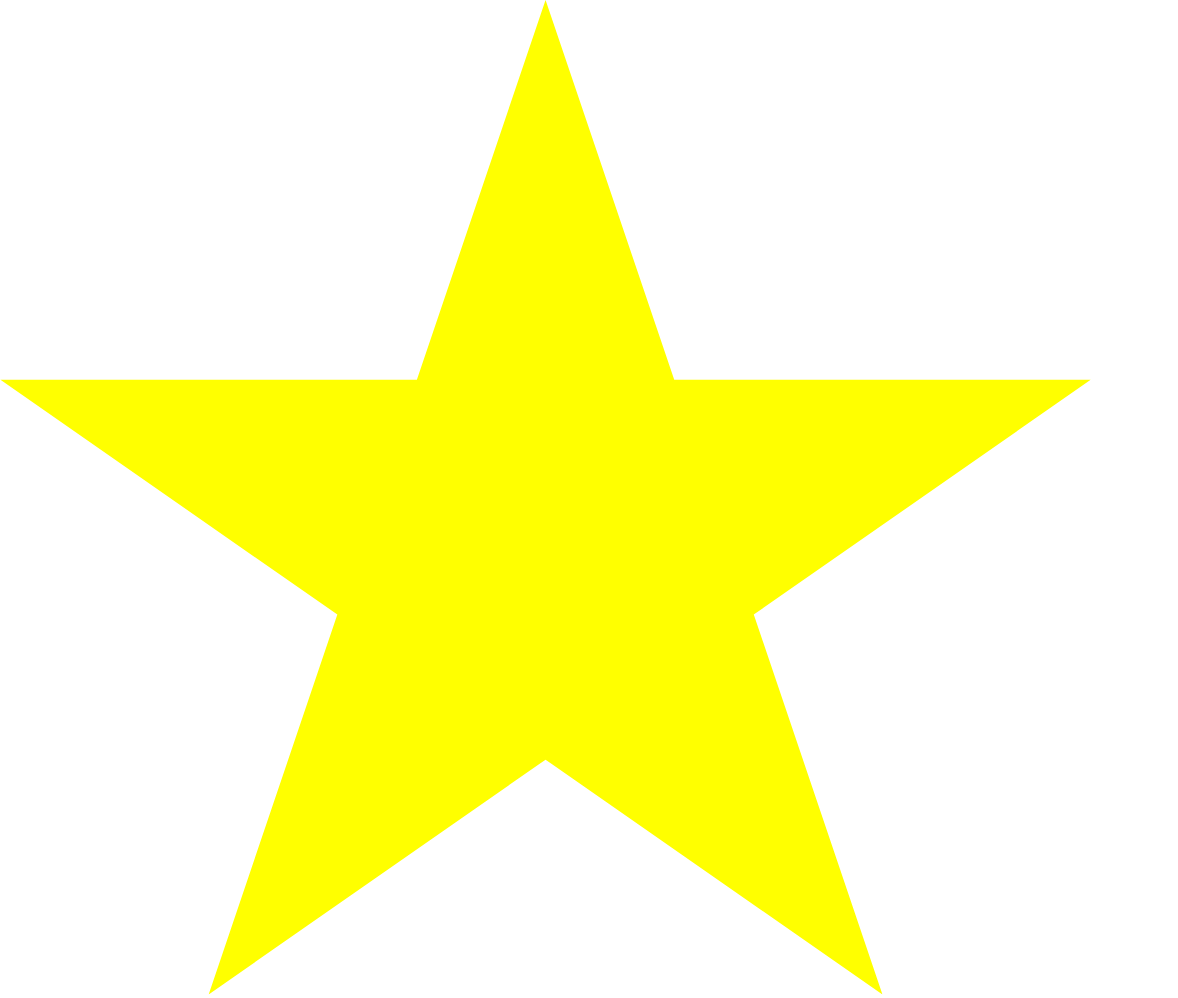
Repository: jr-frazier/visx-test
Page: /svg/1/Square
The author's editor kept a copy of each file at every save. The page is drawn from the files as they stood at one save, then again after a run of saves.
The browser window is 1280 px wide. The pictures show the whole page, at 92% of full size.
The project was rebuilt for these pictures with package versions that can differ from the ones it lists, and the page was loaded fresh each time. The framework's server and built-in components were replaced by stand-ins that run in the browser. Also part of the build but not shown: next.config.js.

Above is the page before, as saved 2022-05-06 06:08:38.

### pages/svg/1/Square.tsx


export default function Square() {
    return (
        <div style={{ width: '100%', height: '100%' }}>
            <svg width="1186" height="1081" viewBox="0 0 1186 1081" fill="none" xmlns="http://www.w3.org/2000/svg">
                <path
                    d="M593 0L732.872 412.862L1185.51 412.862L819.318 668.025L959.19 1080.89L593 825.725L226.81 1080.89L366.682 668.025L0.49176 412.862L453.128 412.862L593 0Z"
                    fill="yellow"
                />
            </svg>
        </div>
    )
}

Loaded but not shown: pages/_app.tsx (common file); styles/globals.css (common file)

After the next 2 saves:
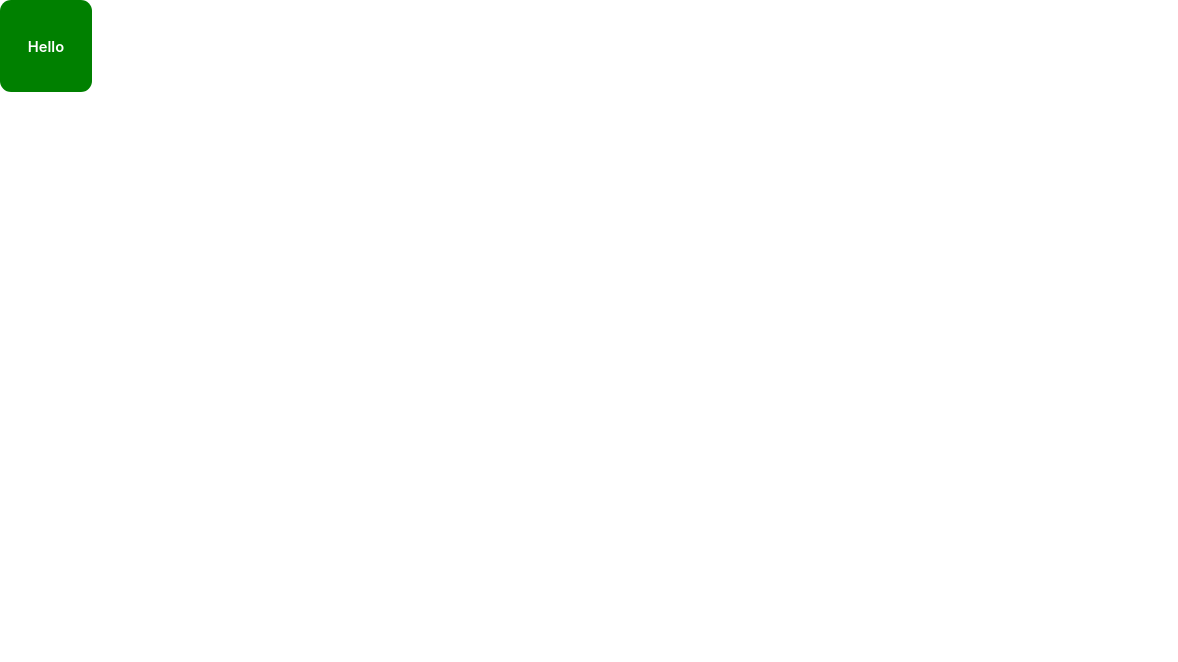
The 2 saves are shown as one change because 1 did not build or start.
The last was saved 3 min 13 s later.
--- a/pages/svg/1/Square.tsx
+++ b/pages/svg/1/Square.tsx
@@ -1,14 +1,16 @@
 
 
 export default function Square() {
-    return (
-        <div style={{ width: '100%', height: '100%' }}>
-            <svg width="1186" height="1081" viewBox="0 0 1186 1081" fill="none" xmlns="http://www.w3.org/2000/svg">
-                <path
-                    d="M593 0L732.872 412.862L1185.51 412.862L819.318 668.025L959.19 1080.89L593 825.725L226.81 1080.89L366.682 668.025L0.49176 412.862L453.128 412.862L593 0Z"
-                    fill="yellow"
-                />
-            </svg>
-        </div>
-    )
+    return <div style={{
+        width: "100px",
+        height: "100px",
+        borderRadius: "12px",
+        display: "flex",
+        alignItems: "center",
+        justifyContent: "center",
+        textAlign: "center",
+        background: 'green',
+        fontWeight: 600,
+        color: 'white',
+        }} className="box">Hello</div>
 }
